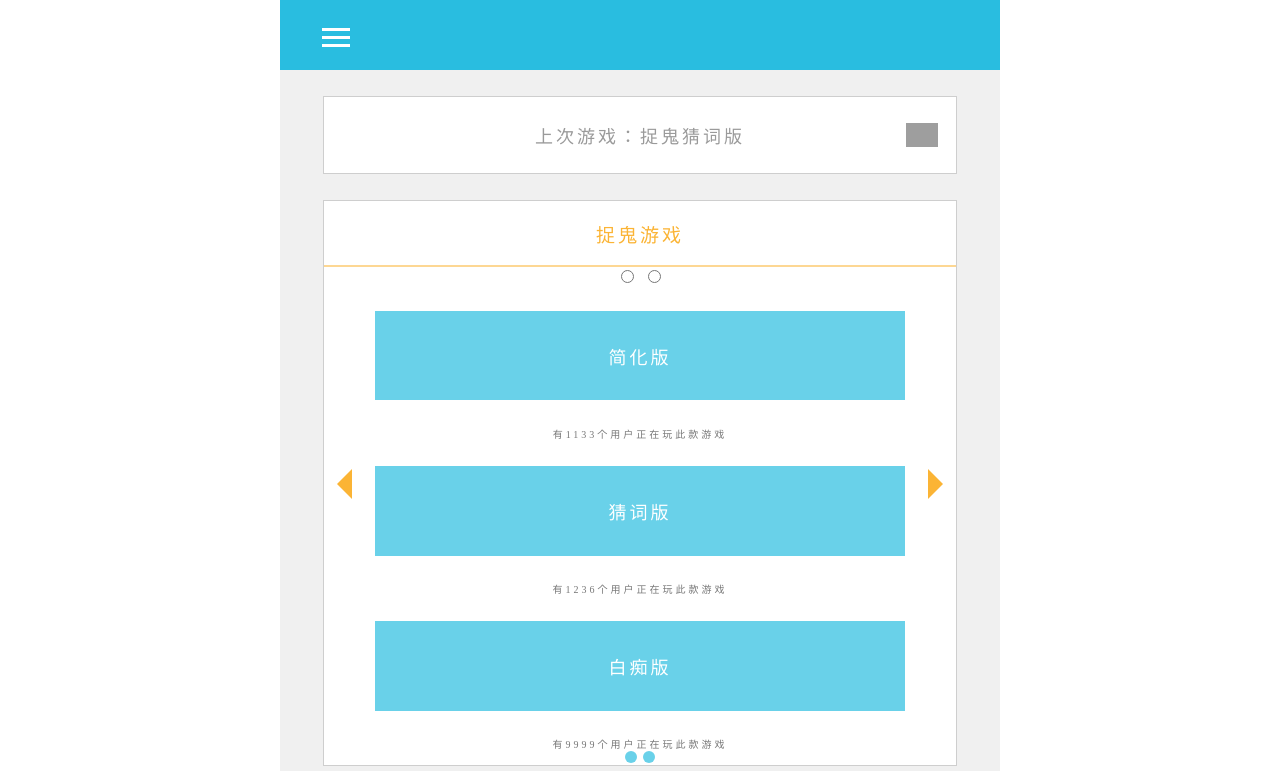
Repository: leozhangpd/My-Codes
Page: JS/two-project/home_page.html
The author's editor kept a copy of each file at every save. The page is drawn from the files as they stood at one save, then again after the next save.
The browser window is 1280 px wide. The pictures show the whole page.
Pictures or frames that could not be fetched are drawn as grey boxes.

Above is the page before, as saved 2020-11-06 15:40:09.

### JS/two-project/home_page.html
<!DOCTYPE html>
<html lang="en">
<head>
    <meta charset="UTF-8">
    <meta name="viewport" content="width=device-width,initial-scale=1.0,maximum-scale=1.0,user-scalable=0" />
    <link rel="stylesheet" href="css/home_page.css" type="text/css" >
    <title>版本选择</title>
</head>
<body>
    <header>
        <button>
            <div></div>
            <div></div>
            <div></div>
        </button>
    </header>
    <main>
        <div class="review">
            <span>上次游戏：捉鬼猜词版</span>
        </div>
        <div class="content">
            <div class="title">
                <span>捉鬼游戏</span>
            </div>
            <input type="radio" name="change" id="change-1"/>
            <input type="radio" name="change" id="change-2"/>
            <ul class="list" id="out">
                <li><a href="#" id="in">简化版</a></li>
                <li>有1133个用户正在玩此款游戏</li>
                <li><a href="#">猜词版</a></li>
                <li>有1236个用户正在玩此款游戏</li>
                <li><a href="#">白痴版</a></li>
                <li>有9999个用户正在玩此款游戏</li>
            </ul>
            <div class="page">
                <label for="change-1"></label>
                <label for="change-2"></label>
            </div>
            <div class="arrow">
                 <label for="change-1"></label>
                 <label for="change-2"></label>
            </div>
        </div>
    </main>
</body>
</html>

### JS/two-project/css/home_page.css
ul{list-style-type: none;margin: 0;padding: 0;}
button{outline: none;border:none;}
a:link,a:visited,a:hover,a:active {text-decoration:none;color: #fff;}
html{
    font-size: 62.5%;
    background: #fff;
    height: 100vh;
}
body{
    height: 100%;
    margin:0 auto;
    padding-bottom: 4%;
    max-width: 720px;
    min-width: 320px;
    background: #f0f0f0;
}
header{
    padding: 3% 5%;
    background-color: #29bde0;
}
header>button{
    width: 4rem;;
    background-color: rgba(0, 0, 0, 0);
}
header>button div{
    margin-top: .5rem;
    height: .3rem;
    background-color: #fff;
}
main{
    margin:0 6%;
    width:88%;
}
.review{
    padding:4% 0;
    background: url("../images/home_page-2.png") no-repeat 97% 50%/5%;
}
.review>span{/*review__content*/
    font-size: 18px;
    color: #9a9a9a;
}
.review,.content{
    background-color: #ffffff;
    margin-top: 4%;
    text-align: center;
    border: 1px double #cecece;
    letter-spacing: 3px;
}
.content{
    position: relative;
}
.title{/*content__title*/
    padding:3% 0;
    font-size: 19px;
    color: #fbb435;
    border-bottom: 0.2rem solid #fdd793;
}
.list>li{/*content__option*/
    margin: 4% 8% 0 8%;
}
.list>li:nth-child(odd){/*option__btn*/
    background: #69d1e9;
    font-size: 18px;
    color: #fff;
}
.list>li:nth-child(odd)>a{
    display: block;
    padding:6% 0;
}
.list>li:nth-child(even){/*option__hint*/
    color: #787878;
}
/* input{display: none;} */
.page{padding: 0 44%;}
.page>label{/*page__dot*/
    display: inline-block;
    padding-top: 12px;
    width:12px;
    background: #69d1e9;
    border-radius: 50%;
    transition: all .2s;
}
.page>label:hover{
    background: #2e2bda;
}
.arrow>label{
    position: absolute;
    top: 47.5%;
    border-style:solid;
}
.arrow>label:nth-child(1){
    left: 2%;
    border-width:15px 15px 15px 0;
    border-color:transparent #fbb435 transparent transparent;/*透明 透明 透明 橘*/
}
.arrow>label:nth-child(2){
    right: 2%;
    border-width:15px 0 15px 15px;
    border-color:transparent transparent transparent #fbb435;/*透明 透明 透明 橘*/
}

After the next save:
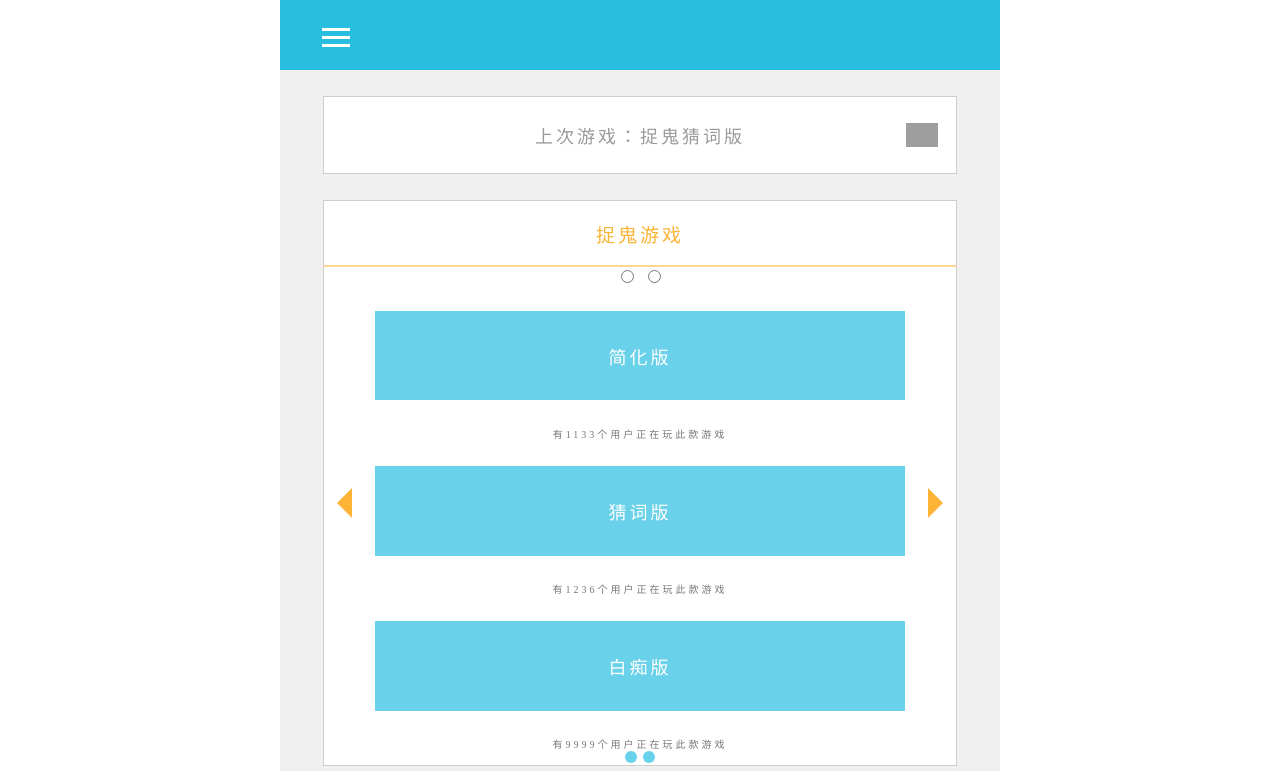
Saved 56 s later.
--- a/JS/two-project/css/home_page.css
+++ b/JS/two-project/css/home_page.css
@@ -85,7 +85,7 @@ main{
 }
 .arrow>label{
     position: absolute;
-    top: 47.5%;
+    top: 51%;
     border-style:solid;
 }
 .arrow>label:nth-child(1){
